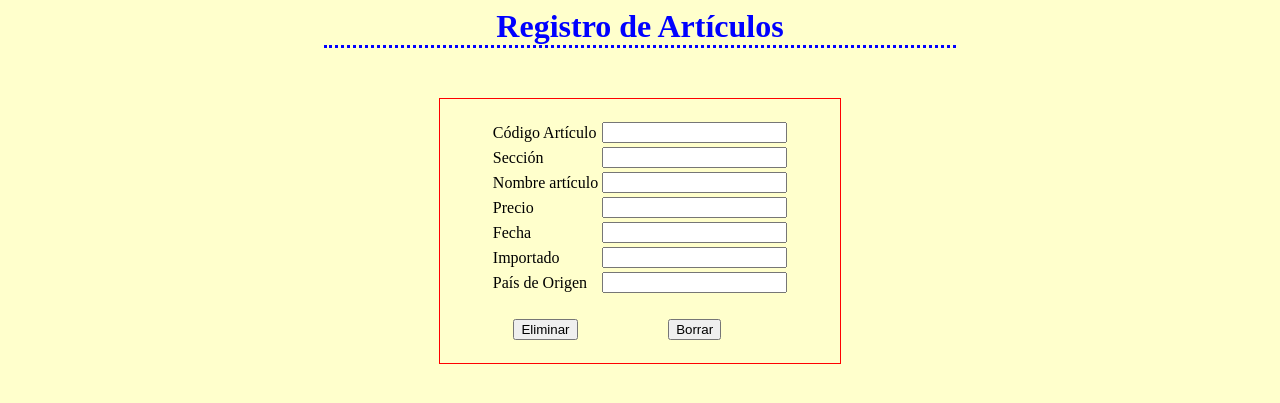
Repository: dasafo/PHP_MySQL_curso
Page: http://localhost/FormularioEliminar_26_I.php
The author's editor kept a copy of each file at every save. The page is drawn from the files as they stood at one save, then again after the next save.
The browser window is 1280 px wide. The pictures show the whole page.
The page is run by PHP 8.4 with error messages shown; the project is at /var/www/html/.

Above is the page before, as saved 2018-11-07 11:58:31.

After the next save:
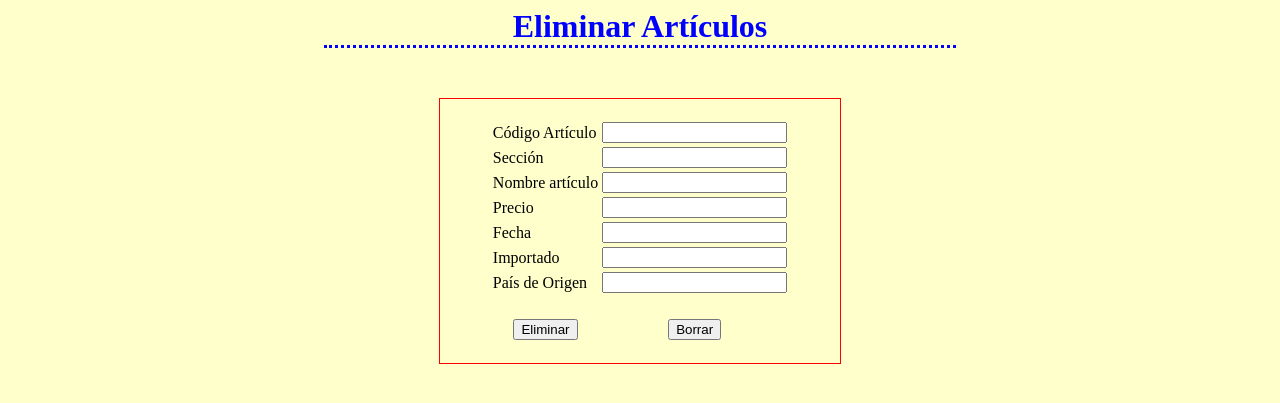
Saved 15 s later.
--- a/BBDD/FormularioEliminar_26_I.php
+++ b/BBDD/FormularioEliminar_26_I.php
@@ -30,7 +30,7 @@ body{
 </head>
 
 <body>
-<h1>Registro de Artículos</h1>
+<h1>Eliminar Artículos</h1>
 <form name="form1" method="get" action="EliminarRegistro_26_II.php">
   <table border="0" align="center">
     <tr>
